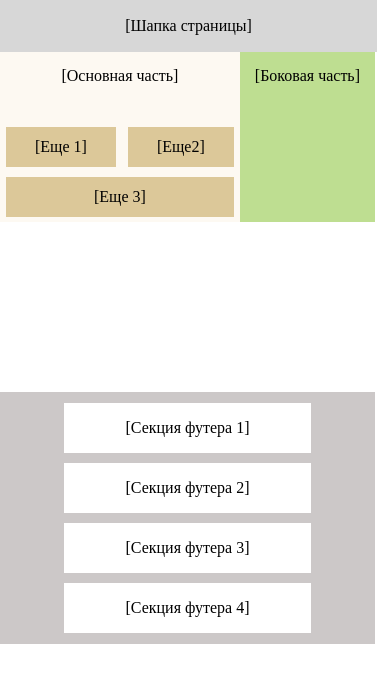
Repository: VictoriSyh/week7
Page: index_adapt.html
These files come from the project's save history. The page is drawn as it stood at one moment and after a run of saves; the edit follows.
The browser window is 375 px wide. The page is 377 px wide, so the pictures cover 377 px, including what lies to the right of the window. The pictures show the whole page.

Above is the page before, as saved 2025-01-02 18:24:31.

After the next 2 saves:
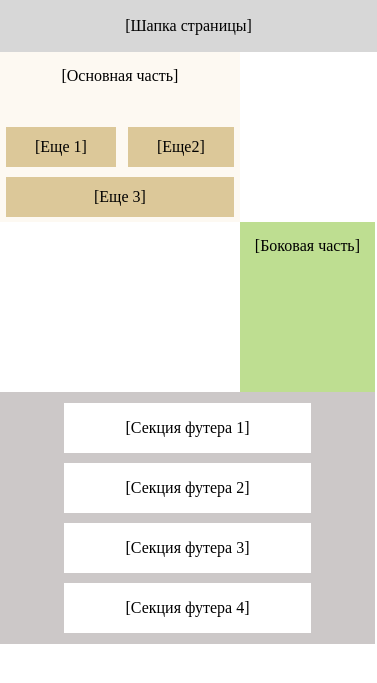
The 2 saves are shown as one change because they came seconds apart.
The last was saved 13 s later.
--- a/styles/style_adapt.css
+++ b/styles/style_adapt.css
@@ -125,7 +125,7 @@ footer{
     }
 
     .right_block{
-        grid-row: 1/2;
+        grid-row: 2/3;
         grid-column:3/4;
         background-color: rgb(190, 222, 145);
         text-align: center;
